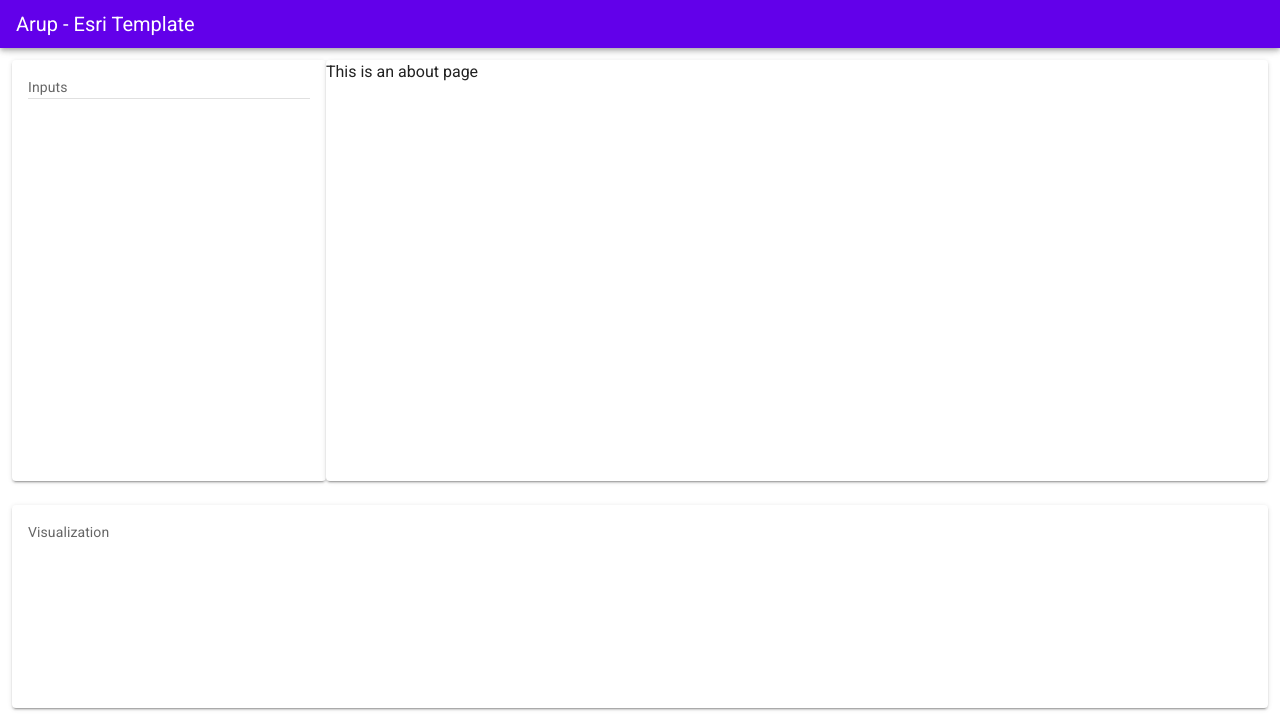
Repository: NathanielPerkins/Vue-d3-esri-template
Page: /about
An editor plug-in stored every save of this project. The page is shown before and after the next save, followed by the edit.
The browser window is 1280 px wide. The pictures show the whole page.
The project was rebuilt for these pictures with package versions that can differ from the ones it lists, and the page was loaded fresh each time. Also part of the build but not shown: vue.config.js, src/components/Webmap.vue.

Above is the page before, as saved 2020-04-17 14:59:05.

After the next save:
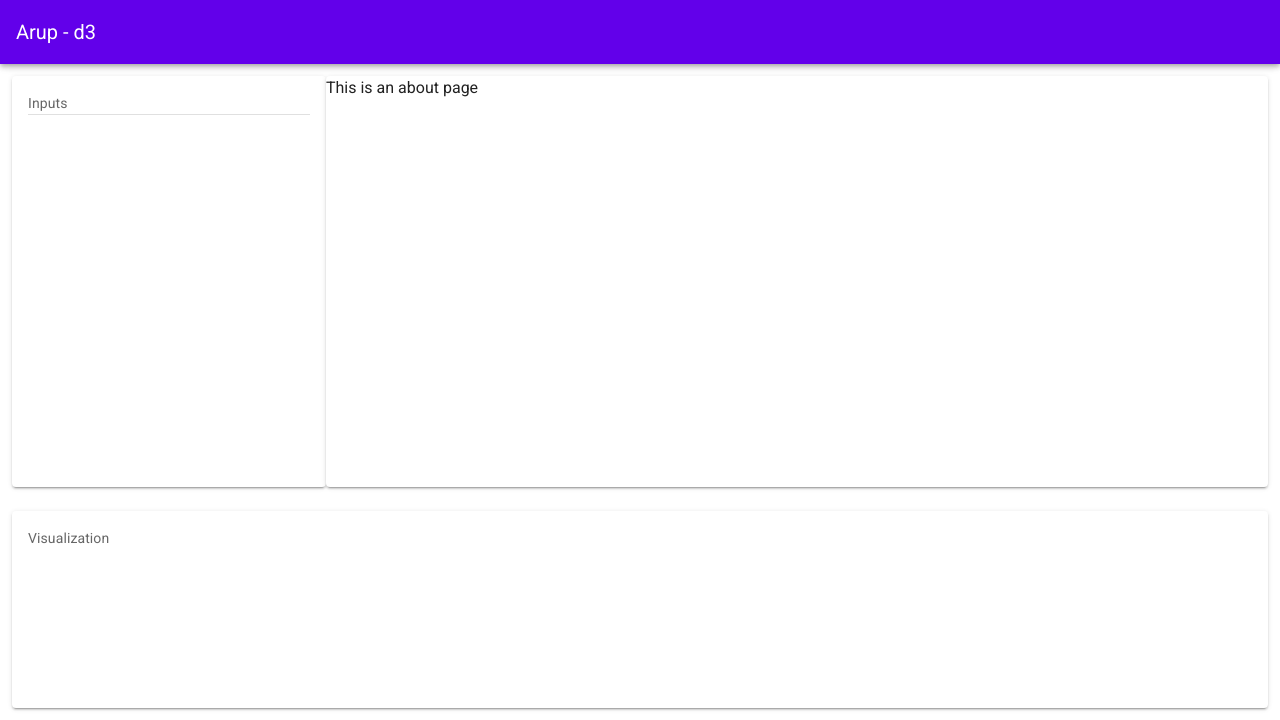
Saved 2 min 28 s later.
--- a/src/App.vue
+++ b/src/App.vue
@@ -4,10 +4,9 @@
     <v-app-bar
       app
       color="deep-purple accent-4"
-      dense
       dark
     >
-    <v-toolbar-title>Arup - Esri Template</v-toolbar-title>
+    <v-toolbar-title>Arup - d3</v-toolbar-title>
     </v-app-bar>
   </div>
     <v-content class='fill-height'>
